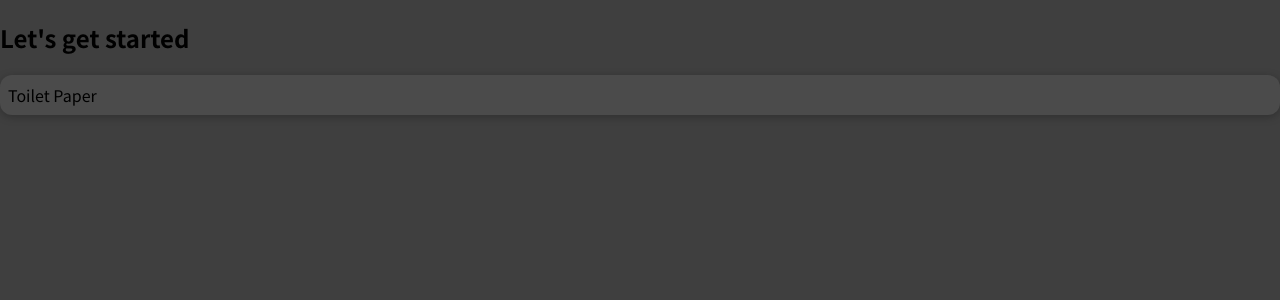
Repository: runner855/expense-tracker
Page: /
These files come from the project's save history. The page is drawn as it stood at one moment and after the next save; the edit follows.
The browser window is 1280 px wide. The pictures show the whole page.
The project was rebuilt for these pictures with package versions that can differ from the ones it lists, and the page was loaded fresh each time.

Above is the page before, as saved 2022-09-02 13:01:34.

### src/index.js
import React from 'react';
import ReactDOM from 'react-dom/client';
import expenses from './data/expenses.json';
import './styles/index.css';
import App from './components/App';

const root = ReactDOM.createRoot(document.getElementById('root'));
root.render(
  <React.StrictMode>
    <App expenses={expenses.expenses} location={expenses.location} />
  </React.StrictMode>
);

### src/data/expenses.json
{
  "location": {
    "city": "Manchester",
    "country": "UK"
  },
  "expenses": [
    {
      "id": "e1",
      "title": "Toilet Paper",
      "amount": 94.12,
      "date": "new Date(2020, 7, 14)"
    },
    {
      "id": "e2",
      "title": "New TV",
      "amount": 799.49,
      "date": "new Date(2021, 2, 12)"
    },
    {
      "id": "e3",
      "title": "Car Insurance",
      "amount": 294.67,
      "date": "new Date(2021, 2, 28)"
    },
    {
      "id": "e4",
      "title": "New Desk (Wooden)",
      "amount": 450,
      "date": "new Date(2021, 5, 12)"
    }
  ]
}

### src/components/App.js
import React from 'react';
import ExpenseItem from '../components/ExpenseItem';


const App = (props) => {
  console.log(props)





  return (
    <div className="App">
      <h2>Let's get started</h2>
      <ExpenseItem city={props.location.city} country={props.location.country} title={props.expenses[0].title} />



    </div>
  );
}

export default App;

### src/components/ExpenseItem.js
import React from 'react';
import '../styles/ExpenseItem.css'


const ExpenseItem = (props) => {

  const { date, title, amount } = props;

  return (
    <div className='expense-item'>
      <div className='expense-item__date'>
        {`${title}`}
      </div>
    </div>)
}

export default ExpenseItem;

### src/styles/ExpenseItem.css
.expense-item {
  display: flex;
  justify-content: space-between;
  align-items: center;
  box-shadow: 0 2px 8px rgba(0, 0, 0, 0.25);
  padding: 0.5rem;
  margin: 1rem 0;
  border-radius: 12px;
  background-color: #4b4b4b;
}

.expense-item__description {
  display: flex;
  flex-direction: column;
  gap: 1rem;
  align-items: flex-end;
  flex-flow: column-reverse;
  justify-content: flex-start;
  flex: 1;
}

.expense-item h2 {
  color: #3a3a3a;
  font-size: 1rem;
  flex: 1;
  margin: 0 1rem;
  color: white;
}

.expense-item__price {
  font-size: 1rem;
  font-weight: bold;
  color: white;
  background-color: #40005d;
  border: 1px solid white;
  padding: 0.5rem;
  border-radius: 12px;
}

@media (min-width: 580px) {
  .expense-item__description {
    flex-direction: row;
    align-items: center;
    justify-content: flex-start;
    flex: 1;
  }

  .expense-item__description h2 {
    font-size: 1.25rem;
  }

  .expense-item__price {
    font-size: 1.25rem;
    padding: 0.5rem 1.5rem;
  }
}

Loaded but not shown: public/index.html (common file); src/styles/index.css (common file)

After the next save:
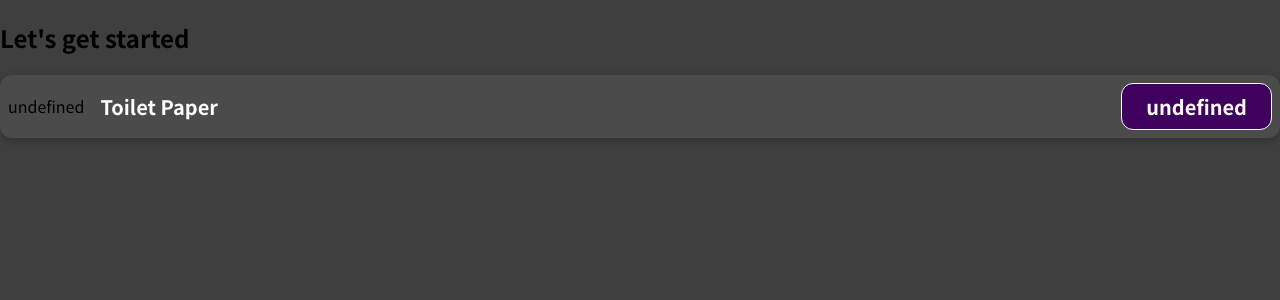
Saved 2 min 23 s later.
--- a/src/components/ExpenseItem.js
+++ b/src/components/ExpenseItem.js
@@ -9,7 +9,13 @@ const ExpenseItem = (props) => {
   return (
     <div className='expense-item'>
       <div className='expense-item__date'>
-        {`${title}`}
+        {`${date}`}
+      </div>
+      <div className='expense-item__description'>
+        <h2>{`${title}`}</h2>
+        <div className='expense-item__price'>
+          {`${amount}`}
+        </div>
       </div>
     </div>)
 }
